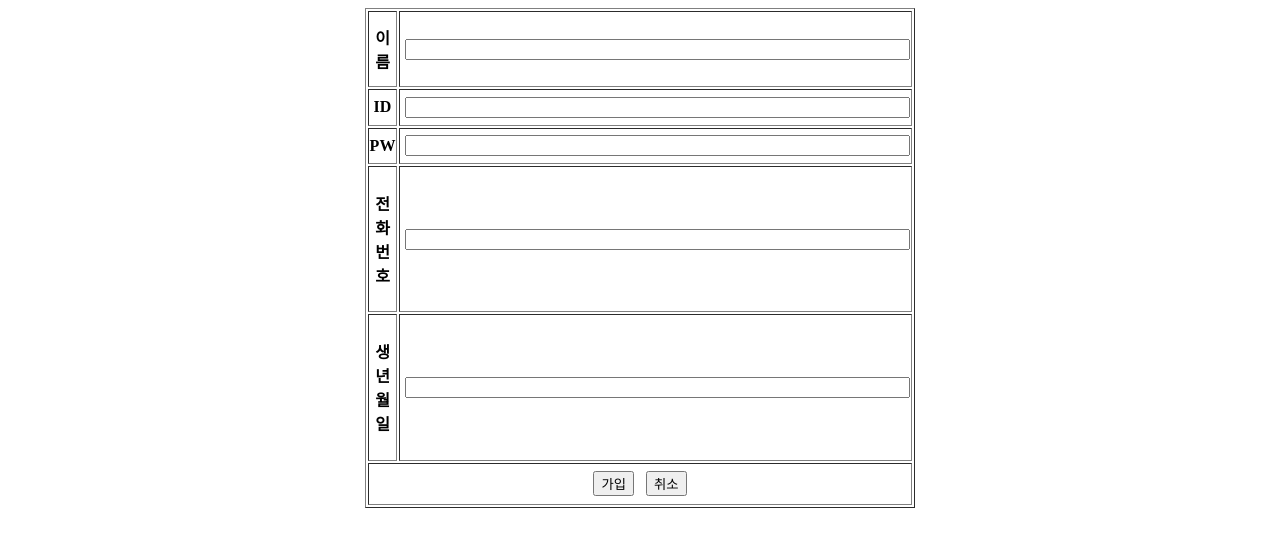
Repository: kwonminsung0/jspStudy
Page: jspStudy/src/main/webapp/join/join.html
The author's editor kept a copy of each file at every save. The page is drawn from the files as they stood at one save, then again after the next save.
The browser window is 1280 px wide. The pictures show the whole page.

Above is the page before, as saved 2024-12-03 08:51:26.

After the next save:
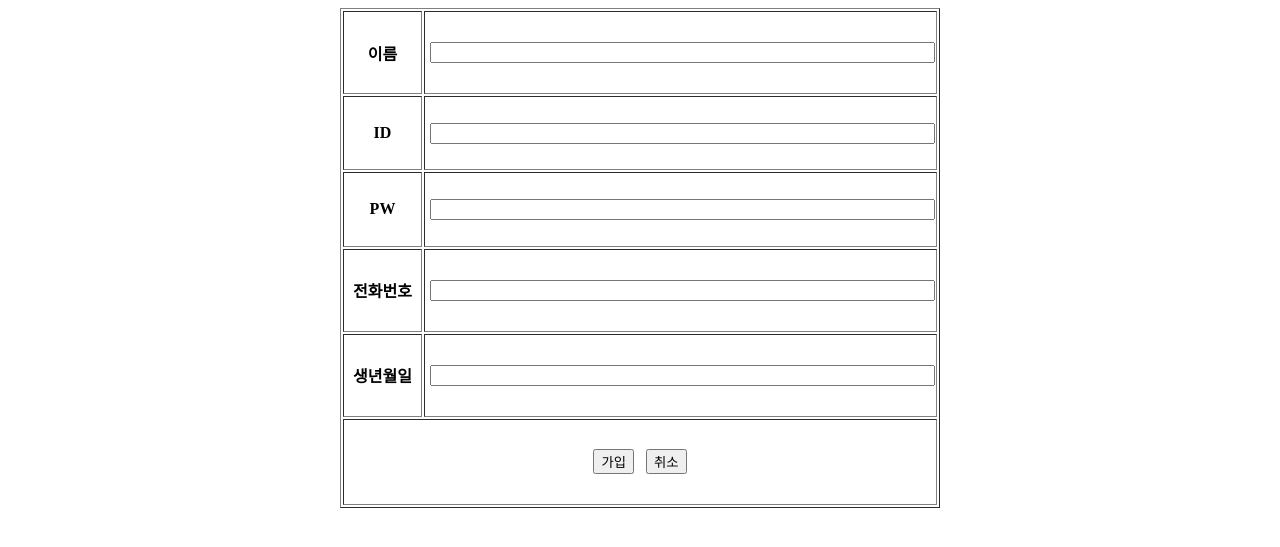
Saved 14 s later.
--- a/jspStudy/src/main/webapp/join/join.html
+++ b/jspStudy/src/main/webapp/join/join.html
@@ -7,7 +7,7 @@
 </head>
 <body>
 	<form method="post" action="/jspStudy/visitInsert">
-		<table align="center" width="500" height="500" border="1">
+		<table align="center" width="600" height="500" border="1">
 			<tr>
 				<th width="100">이름</th>
 				<td width="430">&nbsp;<input type="text" name="writer"
@@ -15,7 +15,7 @@
 				</td>
 			</tr>
 			<tr>
-				<th width="70">ID</th>
+				<th width="100">ID</th>
 				<td width="430">&nbsp;<input type="text" name="writer"
 					size="60">
 				</td>
